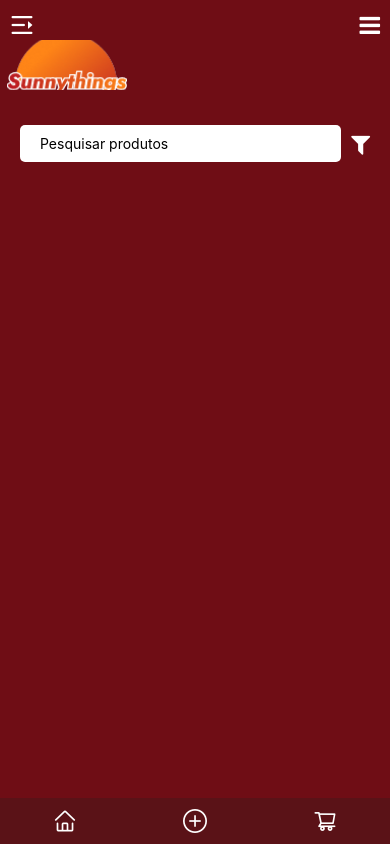
Repository: Luizzzin/SuperMercado
Screen: / (app in suny/)
The author's editor kept a copy of each file at every save. The screen is drawn from the files as they stood at one save, then again after the next save.
The app was drawn by React Native's web renderer in a window 390 px wide. The project was rebuilt for these pictures with package versions that can differ from the ones it lists, and the page was loaded fresh each time.

Above is the screen before, as saved 2024-05-09 19:48:54.

### suny/App.js
import React from 'react';
import { NavigationContainer } from '@react-navigation/native';
import { createStackNavigator } from '@react-navigation/stack';
import Routes from './routes'; // Importe o componente Routes

const Stack = createStackNavigator();

const App = () => {
  return <Routes />;
}

export default App;

### suny/routes.js
import React from 'react';
import { NavigationContainer } from '@react-navigation/native';
import { createStackNavigator } from '@react-navigation/stack';
import HomeScreen from './HomeScreen'; // Importe o componente HomeScreen

const Stack = createStackNavigator();

const Routes = () => {
  return (
    <NavigationContainer>
      <HomeScreen />
    </NavigationContainer>
  );
}

export default Routes;

### suny/HomeScreen.js
import React from 'react';
import { View, Text, StyleSheet, TouchableOpacity, TextInput, Image, ScrollView } from 'react-native';
import { AntDesign, FontAwesome } from '@expo/vector-icons'; // Certifique-se de instalar o pacote expo-vector-icons

const HomeScreen = () => {
  return (
    <View style={styles.container}>
      {/* Header */}
      <View style={styles.header}>
        <TouchableOpacity onPress={() => console.log("Menu clicked")}>
          <AntDesign name="menu-fold" size={24} color="white" />
        </TouchableOpacity>
        <Image source={require('./path/to/your/logo.png')} style={styles.logo} />
        <TouchableOpacity onPress={() => console.log("Hamburger clicked")}>
          <FontAwesome name="bars" size={24} color="white" />
        </TouchableOpacity>
      </View>

      {/* Search Bar */}
      <View style={styles.searchBar}>
        <TextInput
          style={styles.input}
          placeholder="Pesquisar produtos"
        />
        <TouchableOpacity onPress={() => console.log("Filter clicked")}>
          <FontAwesome name="filter" size={24} color="white" />
        </TouchableOpacity>
      </View>

      {/* Category Carousel */}
      <ScrollView horizontal style={styles.carousel}>
        {/* Render your 7 category images here */}
      </ScrollView>

      {/* Product Cards */}
      <ScrollView style={styles.productContainer}>
        {/* Render your product cards here */}
      </ScrollView>

      {/* Tab Bar */}
      <View style={styles.tabBar}>
        <TouchableOpacity onPress={() => console.log("Home clicked")} style={styles.tabItem}>
          <AntDesign name="home" size={24} color="white" />
        </TouchableOpacity>
        <TouchableOpacity onPress={() => console.log("Add clicked")} style={styles.tabItem}>
          <AntDesign name="pluscircleo" size={24} color="white" />
        </TouchableOpacity>
        <TouchableOpacity onPress={() => console.log("Cart clicked")} style={styles.tabItem}>
          <AntDesign name="shoppingcart" size={24} color="white" />
        </TouchableOpacity>
      </View>
    </View>
  );
}

const styles = StyleSheet.create({
  container: {
    flex: 1,
    backgroundColor: '#6F0D15',
  },
  header: {
    flexDirection: 'row',
    justifyContent: 'space-between',
    alignItems: 'center',
    paddingHorizontal: 10,
    paddingTop: 0,
  },
  logo: {
    width: 120,
    height: 50,
    right: 130,
    top: 40,
  },
  searchBar: {
    flexDirection: 'row',
    alignItems: 'center',
    paddingHorizontal: 20,
    marginTop: 75,
  },
  input: {
    flex: 1,
    backgroundColor: 'white',
    borderRadius: 5,
    paddingVertical: 10,
    paddingHorizontal: 20,
    marginRight: 10,
  },
  carousel: {
    marginTop: 20,
    paddingHorizontal: 20,
    marginBottom: 20,
  },
  productContainer: {
    paddingHorizontal: 20,
  },
  tabBar: {
    flexDirection: 'row',
    justifyContent: 'space-around',
    backgroundColor: '#5A1217',
    paddingVertical: 10,
  },
  tabItem: {
    flex: 1,
    alignItems: 'center',
  },
});

export default HomeScreen;

After the next save:
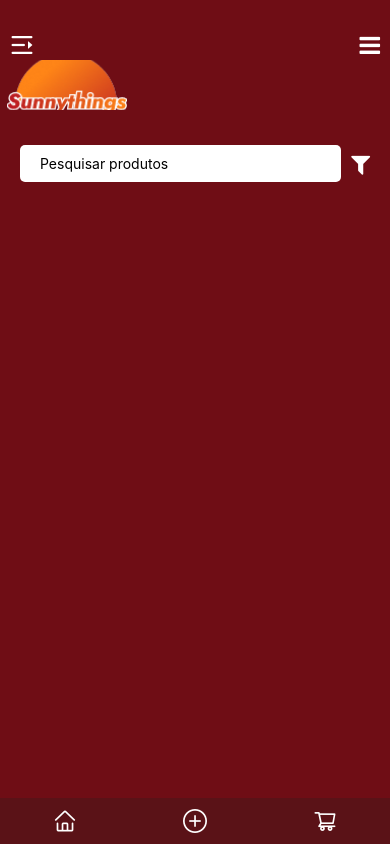
Saved 2 min 8 s later.
--- a/suny/HomeScreen.js
+++ b/suny/HomeScreen.js
@@ -63,7 +63,7 @@
     justifyContent: 'space-between',
     alignItems: 'center',
     paddingHorizontal: 10,
-    paddingTop: 0,
+    paddingTop: 20,
   },
   logo: {
     width: 120,

After the save that followed:
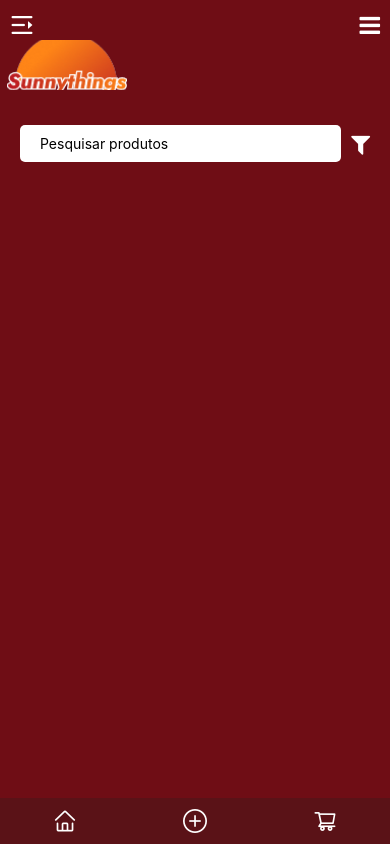
Saved 13 s later.
--- a/suny/HomeScreen.js
+++ b/suny/HomeScreen.js
@@ -63,7 +63,7 @@
     justifyContent: 'space-between',
     alignItems: 'center',
     paddingHorizontal: 10,
-    paddingTop: 20,
+    paddingTop: -20,
   },
   logo: {
     width: 120,
